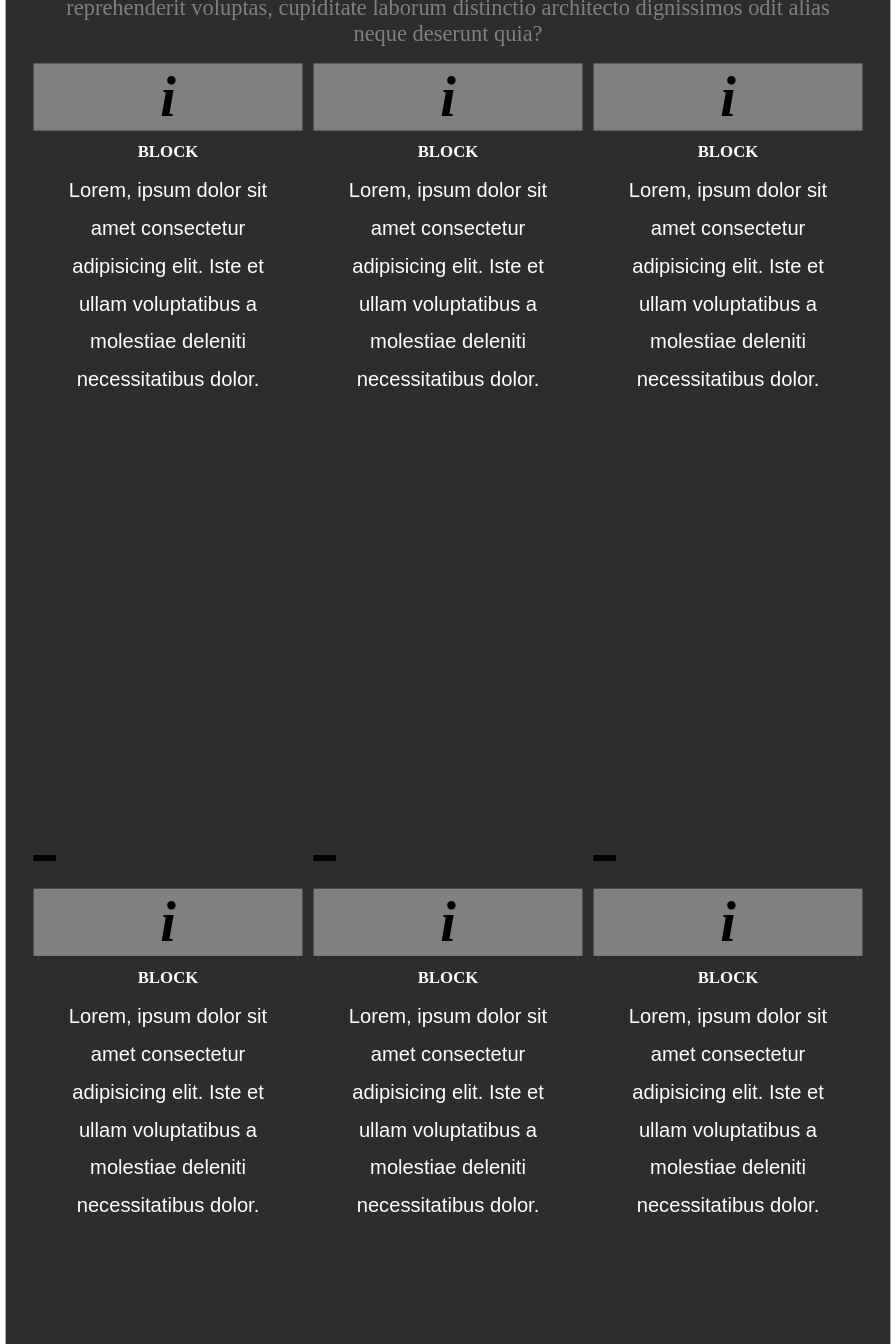
Repository: MohmdMHR/limesharp-test
Page: /
The author's editor kept a copy of each file at every save. The page is drawn from the files as they stood at one save, then again after the next save.
The browser window is 1280 px wide. The pictures show the part of the page from y = 431 to 2351 px (the page is 4300 px tall), at 70% of full size.
The project was rebuilt for these pictures with package versions that can differ from the ones it lists, and the page was loaded fresh each time. Also part of the build but not shown: vue.config.js.

Above is the page before, as saved 2022-07-20 17:57:47.

After the next save:
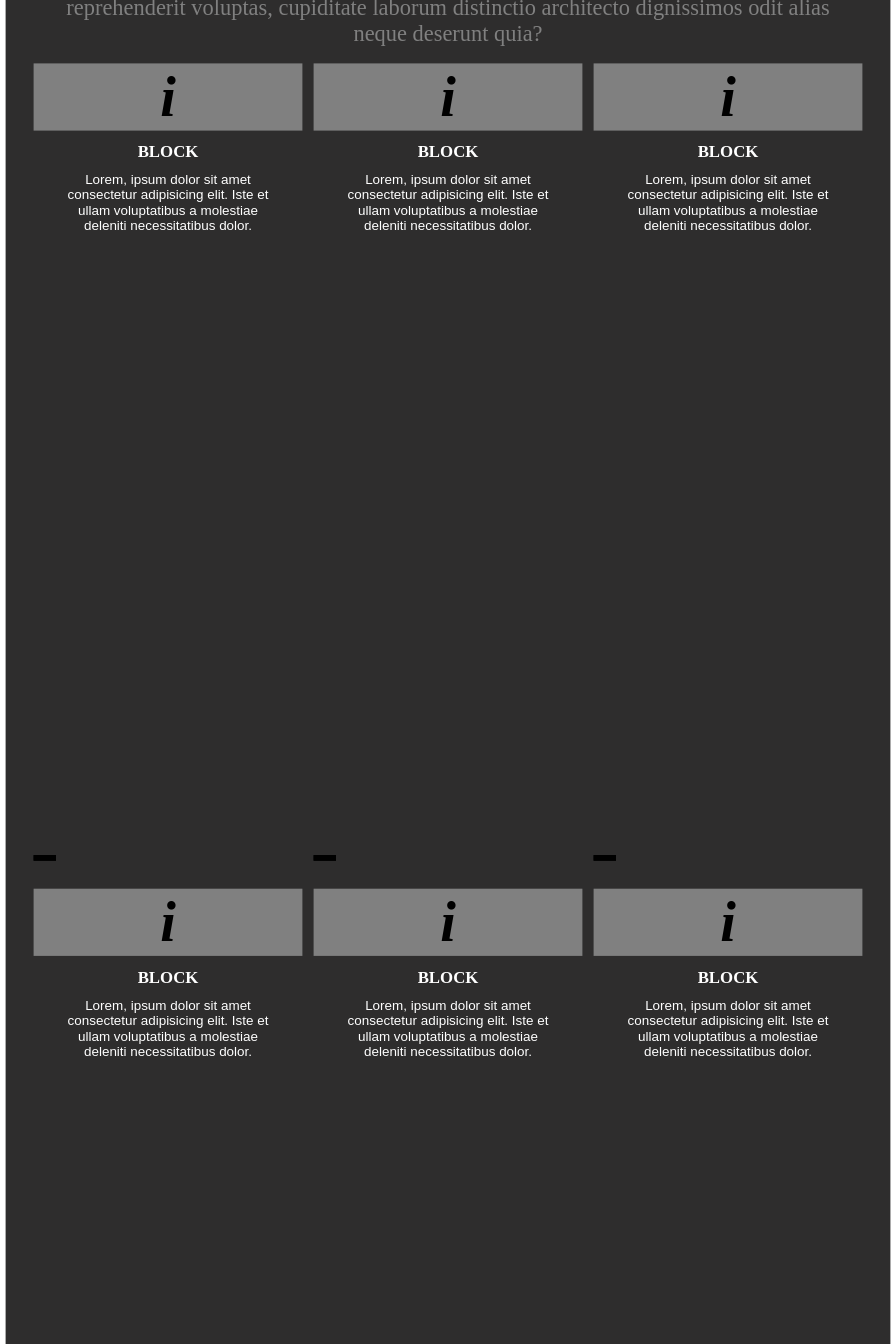
Saved 88 s later.
--- a/src/components/card.vue
+++ b/src/components/card.vue
@@ -69,10 +69,7 @@ export default {
   height: 60rem;
   margin: 1rem 2rem;
   font-family: "proxima-nova", sans-serif;
-  font-size: 18px;
-  font-size: 1.8rem;
-  font-weight: 300;
-  line-height: 1.875;
+  font-size: 1.2rem;
   &.collapsed {
     height: 100%;
 
